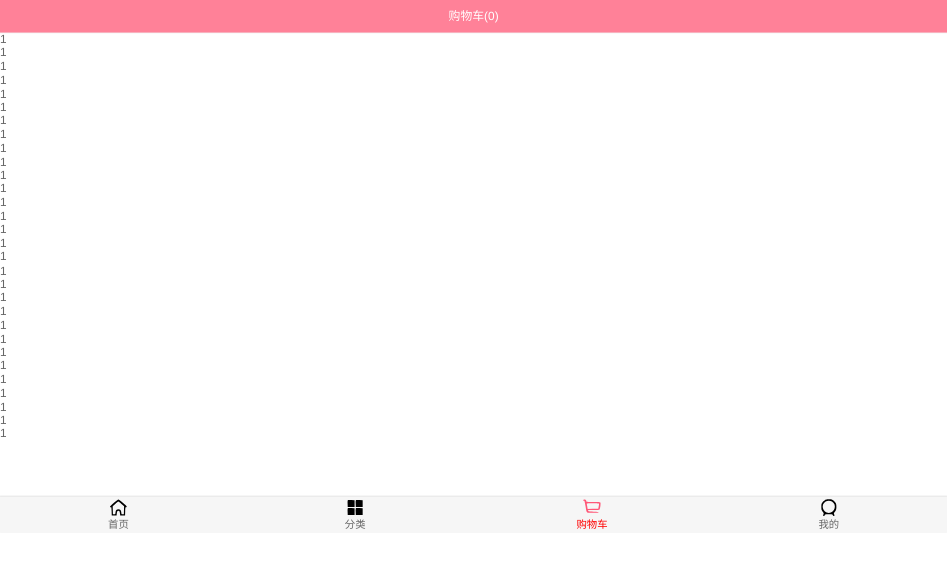
Repository: shihaowengit/mall
Page: /cart
The author's editor kept a copy of each file at every save. The page is drawn from the files as they stood at one save, then again after the next save.
The browser window is 1280 px wide. The pictures show the whole page, at 74% of full size.
The project was rebuilt for these pictures with package versions that can differ from the ones it lists, and the page was loaded fresh each time. Also part of the build but not shown: vue.config.js, src/views/cart/childComps/CheckButton.vue, src/views/cart/childComps/CartListItem.vue.

Above is the page before, as saved 2019-12-02 09:47:03.

After the next save:
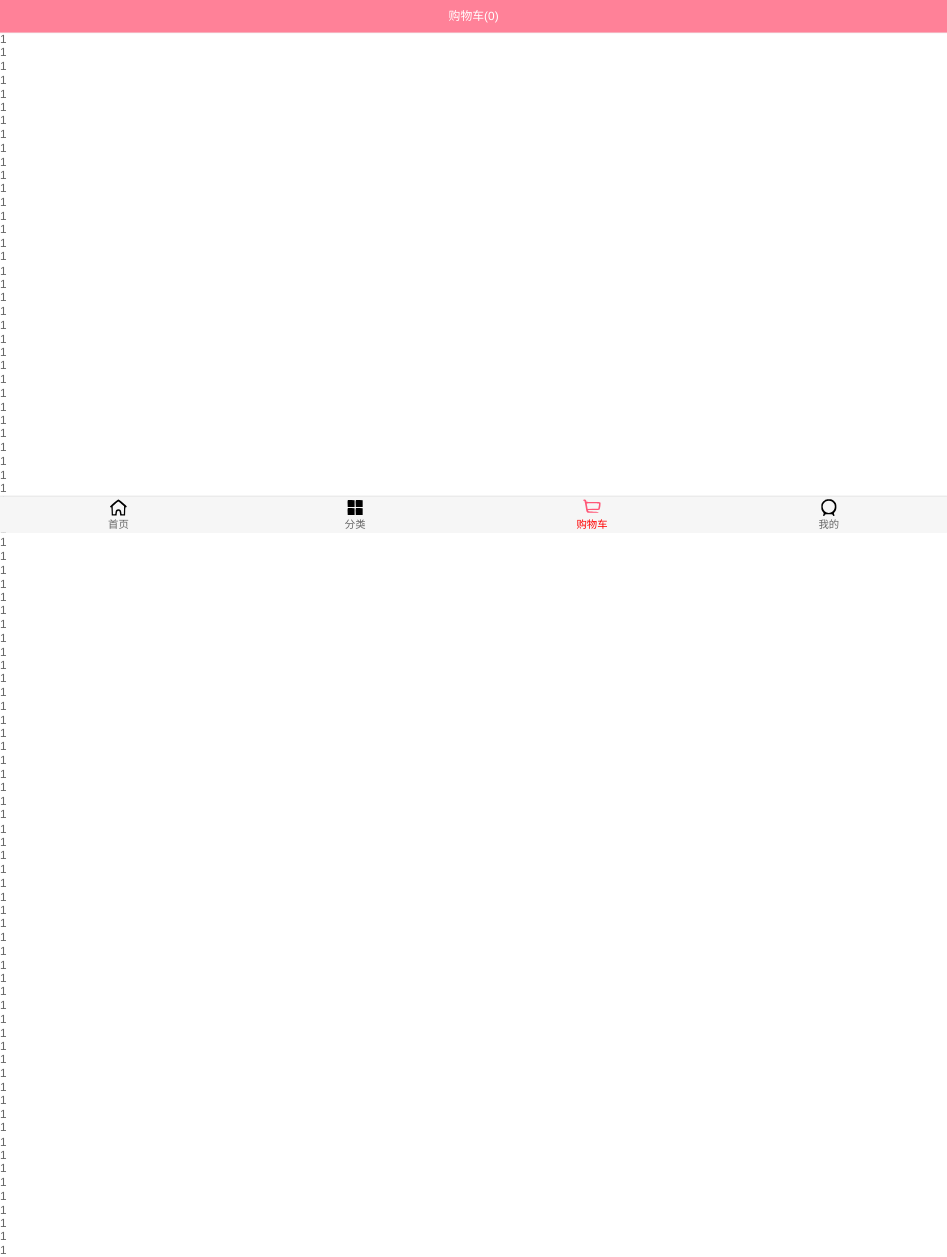
Saved 11 s later.
--- a/src/views/cart/childComps/CartList.vue
+++ b/src/views/cart/childComps/CartList.vue
@@ -5,6 +5,66 @@
       <cart-list-item v-for="item in cartList" :key="item.iid" :item-info="item"></cart-list-item>
     </div> -->
     <ul>
+      <li>1</li>
+      <li>1</li>
+      <li>1</li>
+      <li>1</li>
+      <li>1</li>
+      <li>1</li>
+      <li>1</li>
+      <li>1</li>
+      <li>1</li>
+      <li>1</li>
+      <li>1</li>
+      <li>1</li>
+      <li>1</li>
+      <li>1</li>
+      <li>1</li>
+      <li>1</li>
+      <li>1</li>
+      <li>1</li>
+      <li>1</li>
+      <li>1</li>
+      <li>1</li>
+      <li>1</li>
+      <li>1</li>
+      <li>1</li>
+      <li>1</li>
+      <li>1</li>
+      <li>1</li>
+      <li>1</li>
+      <li>1</li>
+      <li>1</li>
+      <li>1</li>
+      <li>1</li>
+      <li>1</li>
+      <li>1</li>
+      <li>1</li>
+      <li>1</li>
+      <li>1</li>
+      <li>1</li>
+      <li>1</li>
+      <li>1</li>
+      <li>1</li>
+      <li>1</li>
+      <li>1</li>
+      <li>1</li>
+      <li>1</li>
+      <li>1</li>
+      <li>1</li>
+      <li>1</li>
+      <li>1</li>
+      <li>1</li>
+      <li>1</li>
+      <li>1</li>
+      <li>1</li>
+      <li>1</li>
+      <li>1</li>
+      <li>1</li>
+      <li>1</li>
+      <li>1</li>
+      <li>1</li>
+      <li>1</li>
       <li>1</li>
       <li>1</li>
       <li>1</li>
